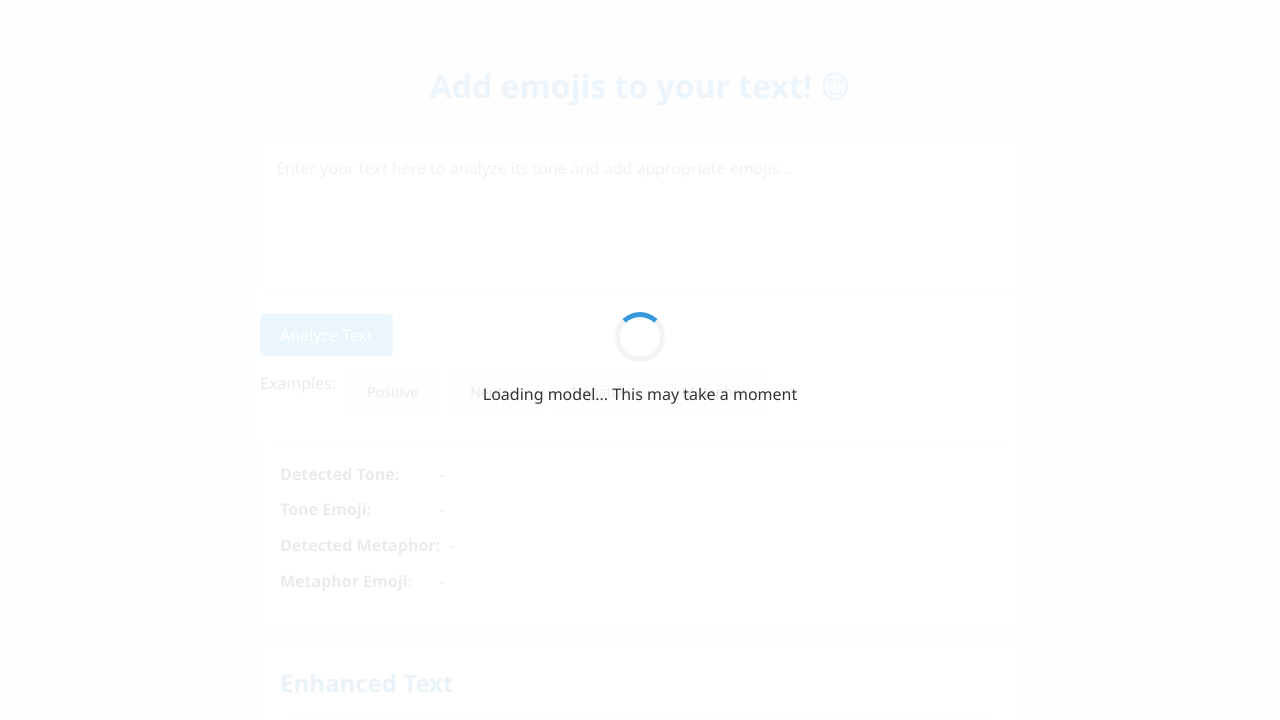
Repository: Teycir/emojiadder
Page: index.html
The author's editor kept a copy of each file at every save. The page is drawn from the files as they stood at one save, then again after the next save.
The browser window is 1280 px wide. The pictures show the window.
A layer covers the whole window, so only the first screen is drawn.

Above is the page before, as saved 2025-03-23 12:19:24.

After the next save:
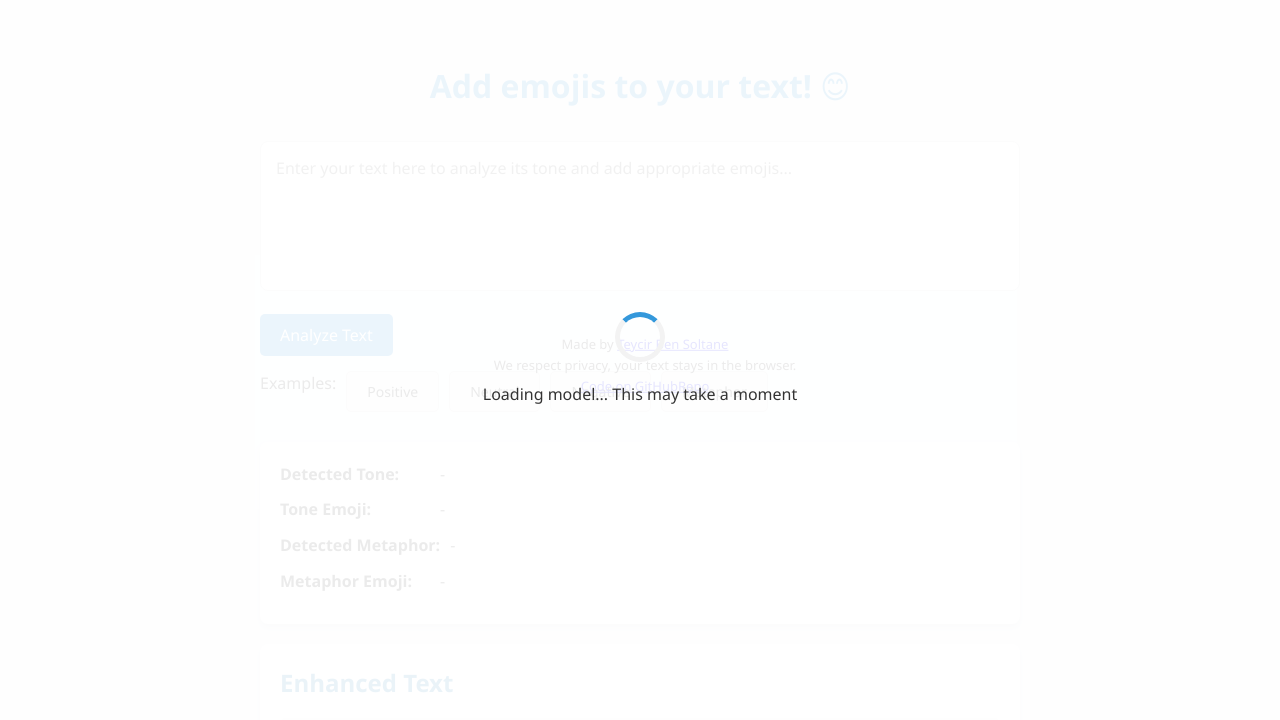
Saved 3 min 44 s later.
--- a/index.html
+++ b/index.html
@@ -6,6 +6,17 @@
     <meta name="viewport" content="width=device-width, initial-scale=1.0">
     <title>Text Tone Detector</title>
     <link rel="stylesheet" href="styles.css">
+    <style>
+        .centered-div {
+            position: fixed;
+            top: 50%;
+            left: 50%;
+            transform: translate(-50%, -50%);
+            font-size: small;
+            margin: 5px;
+            text-align: center;
+        }
+    </style>
 </head>
 
 <body>
@@ -62,13 +73,12 @@
 
     <!-- Note the type="module" to use ES modules (modules are deferred by default) -->
     <script type="module" src="./script.js"></script>
-    <div <center>style="top: 10px; left: 10px; font-size: small; margin: 5px;">
+    <div class="centered-div">
         Made by <a href="https://www.teycirbensoltane.tn">Teycir Ben Soltane</a><br>
         We respect privacy, your text stays in the browser.<br>
         <a href="https://github.com/Teycir/emojiadder" >
             Code on GitHubRepo
         </a>
-    </center>
     </div>
 
 </body>

After the save that followed:
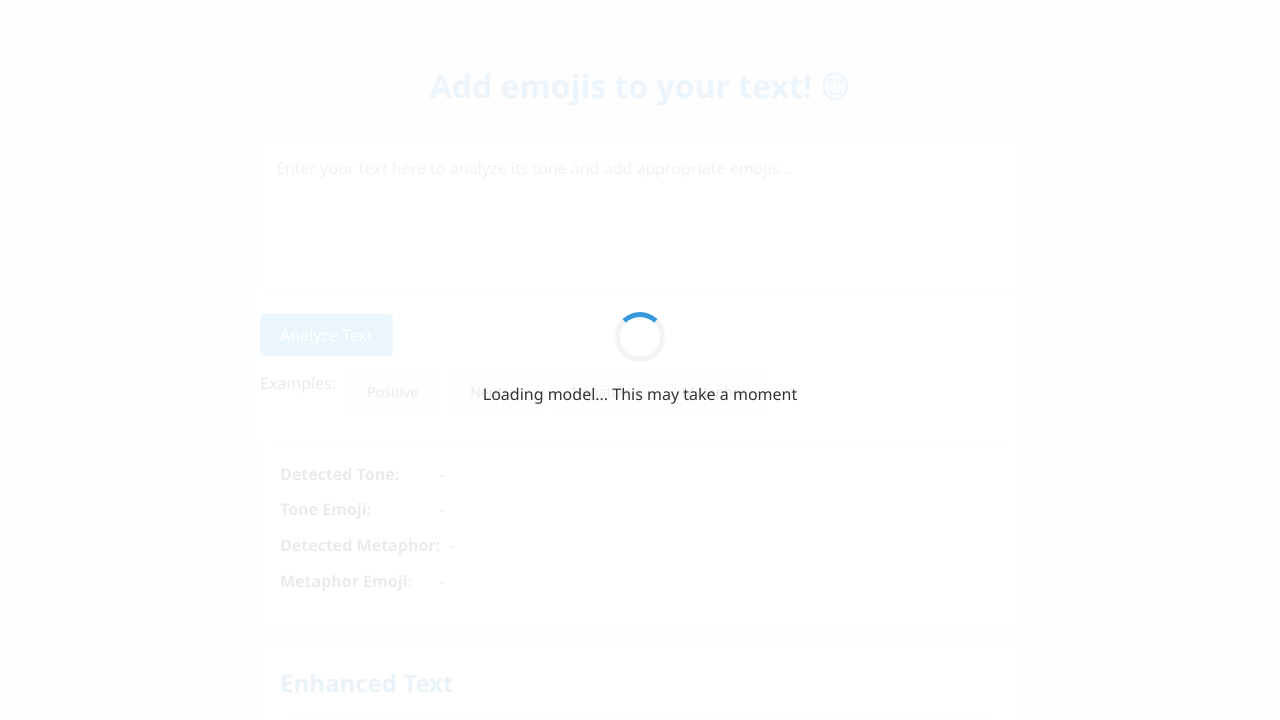
Saved 25 s later.
--- a/index.html
+++ b/index.html
@@ -8,7 +8,7 @@
     <link rel="stylesheet" href="styles.css">
     <style>
         .centered-div {
-            position: fixed;
+
             top: 50%;
             left: 50%;
             transform: translate(-50%, -50%);
